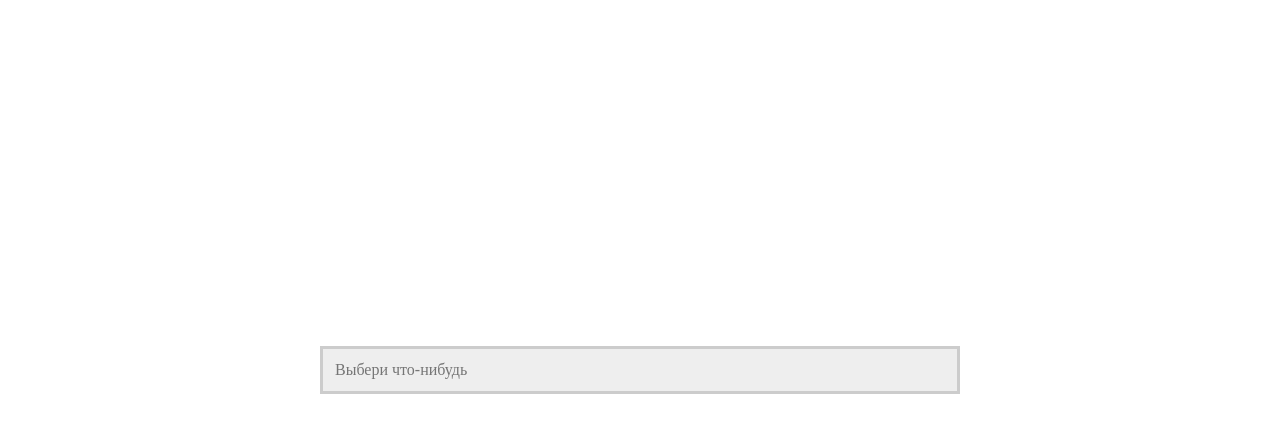
Repository: spihex/stage2-custom-dropdown
Page: index.html
The author's editor kept a copy of each file at every save. The page is drawn from the files as they stood at one save, then again after the next save.
The browser window is 1280 px wide. The pictures show the whole page.

Above is the page before, as saved 2021-02-08 13:05:55.

### index.html
<!DOCTYPE html>
<html lang="ru">

    <head>
        <meta charset="UTF-8">
        <meta name="viewport" content="width=device-width, initial-scale=1.0">
        <title>stage 2 custom dropdown with filter</title>
        <link rel="stylesheet" href="./css/normalize.min.css">
        <link rel="stylesheet" href="./css/main.css">
    </head>

    <body>

        <div class="dropdown">
            <div class="dropdown__input-container">
                <input class="dropdown__input" type="text" value="" placeholder="Выбери что-нибудь">

                <svg class="dropwodn__input-icon" width="24" height="24" xmlns="http://www.w3.org/2000/svg">
                    <path d="M12 21l-12-18h24z" />
                </svg>
            </div>
            <ul class="dropdown__list">
                <li class="dropdown__item">Massachusetts</li>
                <li class="dropdown__item">Michigan</li>
                <li class="dropdown__item">New Hampshire</li>
                <li class="dropdown__item">New Jersey</li>
                <li class="dropdown__item">Wisconsin</li>
                <li class="dropdown__item">Wyoming</li>
            </ul>
        </div>

        <script src="./js/main.js"></script>
    </body>

</html>

### css/normalize.min.css
/*! normalize.css v8.0.1 */html{line-height:1.15;-webkit-text-size-adjust:100%}body{margin:0}main{display:block}h1{font-size:2em;margin:.67em 0}hr{box-sizing:content-box;height:0;overflow:visible}pre{font-family:monospace,monospace;font-size:1em}a{background-color:transparent}abbr[title]{border-bottom:none;text-decoration:underline;-webkit-text-decoration:underline dotted;text-decoration:underline dotted}b,strong{font-weight:bolder}code,kbd,samp{font-family:monospace,monospace;font-size:1em}small{font-size:80%}sub,sup{font-size:75%;line-height:0;position:relative;vertical-align:baseline}sub{bottom:-.25em}sup{top:-.5em}img{border-style:none}button,input,optgroup,select,textarea{font-family:inherit;font-size:100%;line-height:1.15;margin:0}button,input{overflow:visible}button,select{text-transform:none}[type=button],[type=reset],[type=submit],button{-webkit-appearance:button}[type=button]::-moz-focus-inner,[type=reset]::-moz-focus-inner,[type=submit]::-moz-focus-inner,button::-moz-focus-inner{border-style:none;padding:0}[type=button]:-moz-focusring,[type=reset]:-moz-focusring,[type=submit]:-moz-focusring,button:-moz-focusring{outline:1px dotted ButtonText}fieldset{padding:.35em .75em .625em}legend{box-sizing:border-box;color:inherit;display:table;max-width:100%;padding:0;white-space:normal}progress{vertical-align:baseline}textarea{overflow:auto}[type=checkbox],[type=radio]{box-sizing:border-box;padding:0}[type=number]::-webkit-inner-spin-button,[type=number]::-webkit-outer-spin-button{height:auto}[type=search]{-webkit-appearance:textfield;outline-offset:-2px}[type=search]::-webkit-search-decoration{-webkit-appearance:none}::-webkit-file-upload-button{-webkit-appearance:button;font:inherit}details{display:block}summary{display:list-item}template{display:none}[hidden]{display:none}*,*:after,*:before{box-sizing:border-box}img{max-width:100%}

### css/main.css
body {
    display: flex;
    align-items: center;
    justify-content: center;
    height: 100vh;
}

input {
    outline: 0;
}

.dropdown {
    position: relative;
    width: 50%;
}

.dropdown__input {
    position: absolute;
    top: 0;
    left: 0;
    width: 100%;
    padding: 12px;
    background-color: #eee;
    border: 3px solid #ccc;
    cursor: pointer;
}

.dropdown__input-icon {
    position: absolute;
    right: 12px;
    top: 12px;
    fill: #ccc;
    pointer-events: none;
}

.dropdown__input:focus+.dropdown__input-icon {
    fill: red;
}

.dropdown__input:focus~.dropdown__input-icon {
    fill: red;
}

.dropdown__input:hover {
    background-color: #eee;
}

.dropdown__list {
    position: absolute;
    top: 0;
    left: 0;
    width: 100%;
    list-style: none;
    margin: 46px 0 0 0;
    padding: 0;
    overflow: hidden;
    max-height: 0;
}

.dropdown__list.open {
    max-height: 320px;
    border: 1px solid #ccc;
    overflow: auto;
}

.dropdown__item {
    position: relative;
    padding: 12px;
    display: flex;
    align-items: center;
    background-color: #eee;
    cursor: pointer;
    opacity: 1;
}

.dropdown__item:hover {
    background-color: #ddd;
}

.dropdown__item.closed {
    max-height: 0;
    overflow: hidden;
    padding: 0;
    opacity: 0;
}

### js/main.js
const dropdownInputField = document.querySelector('.dropdown__input');
const dropdownList = document.querySelector('.dropdown__list');
const dropdownListItems = document.querySelectorAll('.dropdown__item');

let previousValue;

let dropdownListItemsValues = [];
dropdownListItems.forEach(item => {
    dropdownListItemsValues.push(item.textContent);
});


dropdownInputField.addEventListener('input', () => {
    dropdownList.classList.add('open');
    let inputValue = dropdownInputField.value.toLowerCase();
    if (inputValue.length > 0) {
        for (let j = 0; j < dropdownListItemsValues.length; j++) {
            if (!(inputValue.substring(0, inputValue.length) === dropdownListItemsValues[j].substring(0, inputValue.length).toLowerCase())) {
                dropdownListItems[j].classList.add('closed');
            } else {
                dropdownListItems[j].classList.remove('closed');
            }
        }
    } else {
        for (let i = 0; i < dropdownListItems.length; i++) {
            dropdownListItems[i].classList.remove('closed');
        }
    }
});

dropdownListItems.forEach(item => {
    item.addEventListener('mousedown', (e) => {
        if (e.button === 0) {
            previousValue = item.textContent;
            dropdownInputField.value = item.textContent;

            dropdownListItems.forEach(dropdownList => {
                dropdownList.classList.add('closed');
            });
        }
    });
})

dropdownInputField.addEventListener('focus', () => {
    dropdownInputField.placeholder = 'Напиши что-нибудь';
    dropdownList.classList.add('open');
    dropdownListItems.forEach(dropdownList => {
        dropdownList.classList.remove('closed');
    });
});

dropdownInputField.addEventListener('blur', () => {

    dropdownInputField.placeholder = 'Выбери что-нибудь';
    dropdownList.classList.remove('open');

    let currentValueMatches = dropdownListItemsValues.filter(function (item) {
        return item.toLowerCase() == dropdownInputField.value.toLowerCase();
    });

    if (currentValueMatches.length < 1) {
        dropdownInputField.value = '';

    }
    if (previousValue)
        dropdownInputField.value = previousValue;

});

document.addEventListener('click', (e) => {
    const isDropdown = dropdownList.contains(e.target);
    const isInput = dropdownInputField.contains(e.target);
    if (!isDropdown && !isInput) {
        dropdownList.classList.remove('open');
    }
});

After the next save:
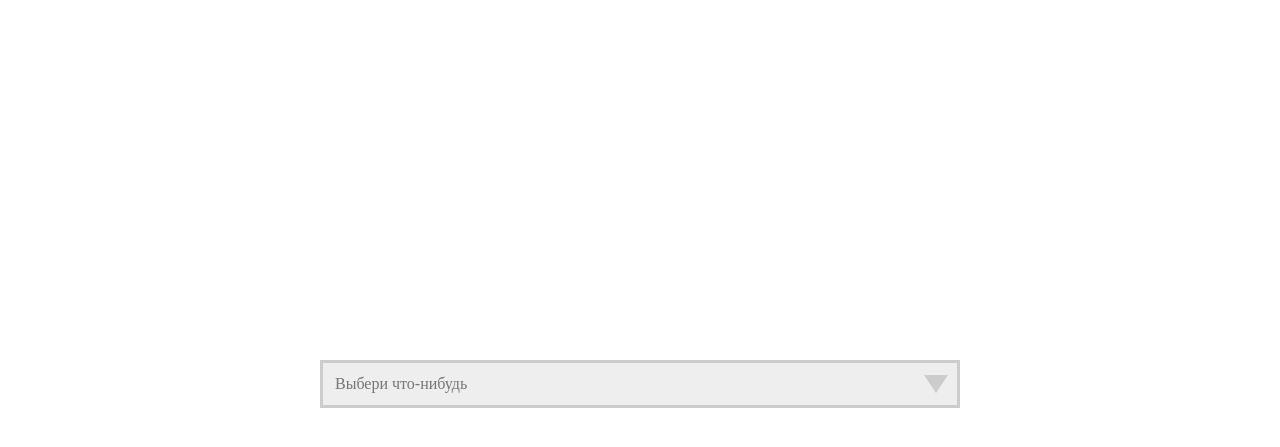
Saved 70 s later.
--- a/index.html
+++ b/index.html
@@ -15,7 +15,7 @@
             <div class="dropdown__input-container">
                 <input class="dropdown__input" type="text" value="" placeholder="Выбери что-нибудь">
 
-                <svg class="dropwodn__input-icon" width="24" height="24" xmlns="http://www.w3.org/2000/svg">
+                <svg class="dropdown__input-icon" width="24" height="24" xmlns="http://www.w3.org/2000/svg">
                     <path d="M12 21l-12-18h24z" />
                 </svg>
             </div>
